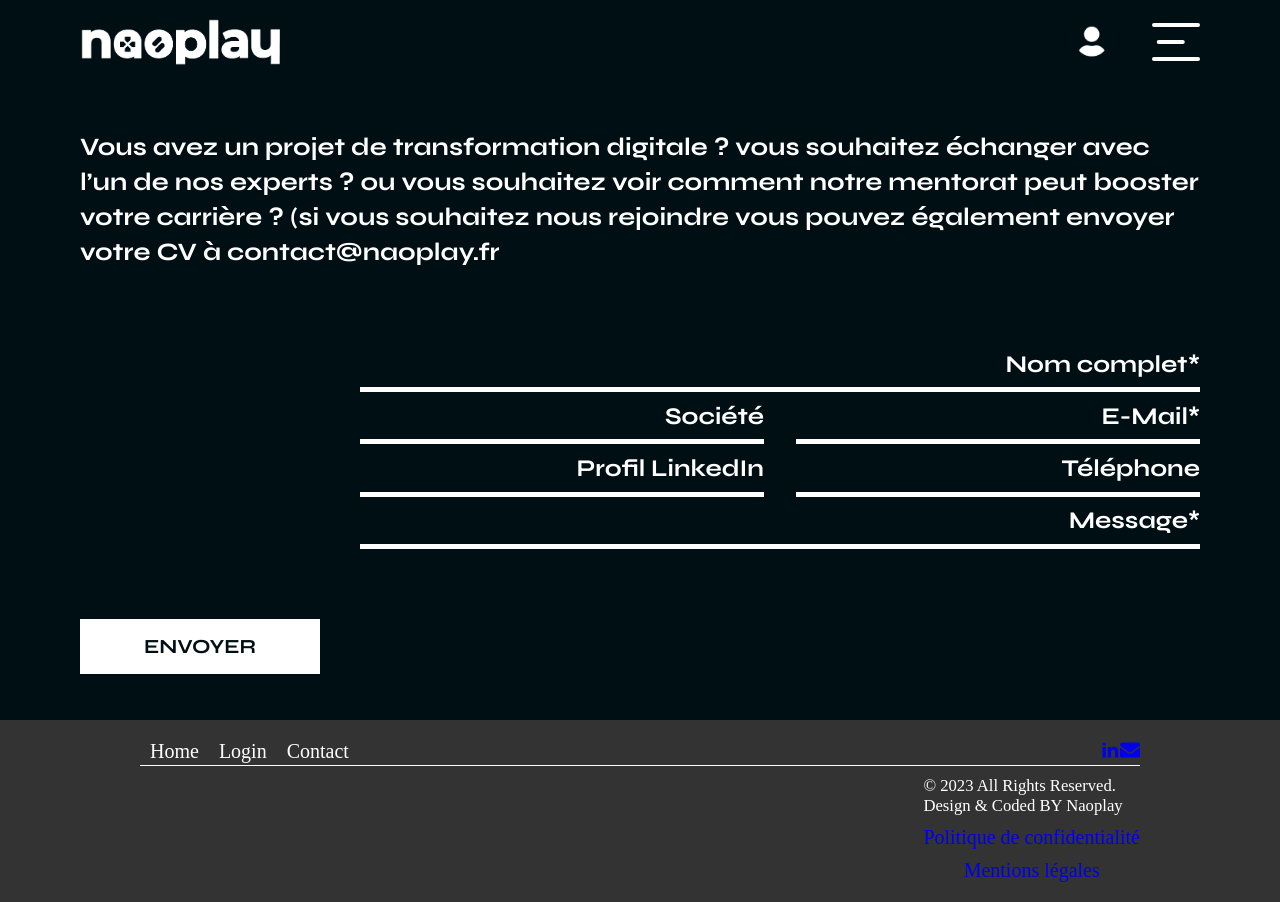
Repository: Hindsedrati/Naoplay
Page: /contact
The author's editor kept a copy of each file at every save. The page is drawn from the files as they stood at one save, then again after the next save.
The browser window is 1280 px wide. The pictures show the whole page.
The project was rebuilt for these pictures with package versions that can differ from the ones it lists, and the page was loaded fresh each time. Also part of the build but not shown: src/Pages/Login/index.jsx, src/Components/Const/index.jsx, src/Components/Partners/index.jsx, src/Components/Naoplay/index.jsx, src/Components/Api/index.jsx, src/Components/Digitalisation/index.jsx, src/Components/Gateway/index.jsx, src/Components/ApiManagement/index.jsx and 6 more.

Above is the page before, as saved 2023-05-09 12:16:23.

After the next save:
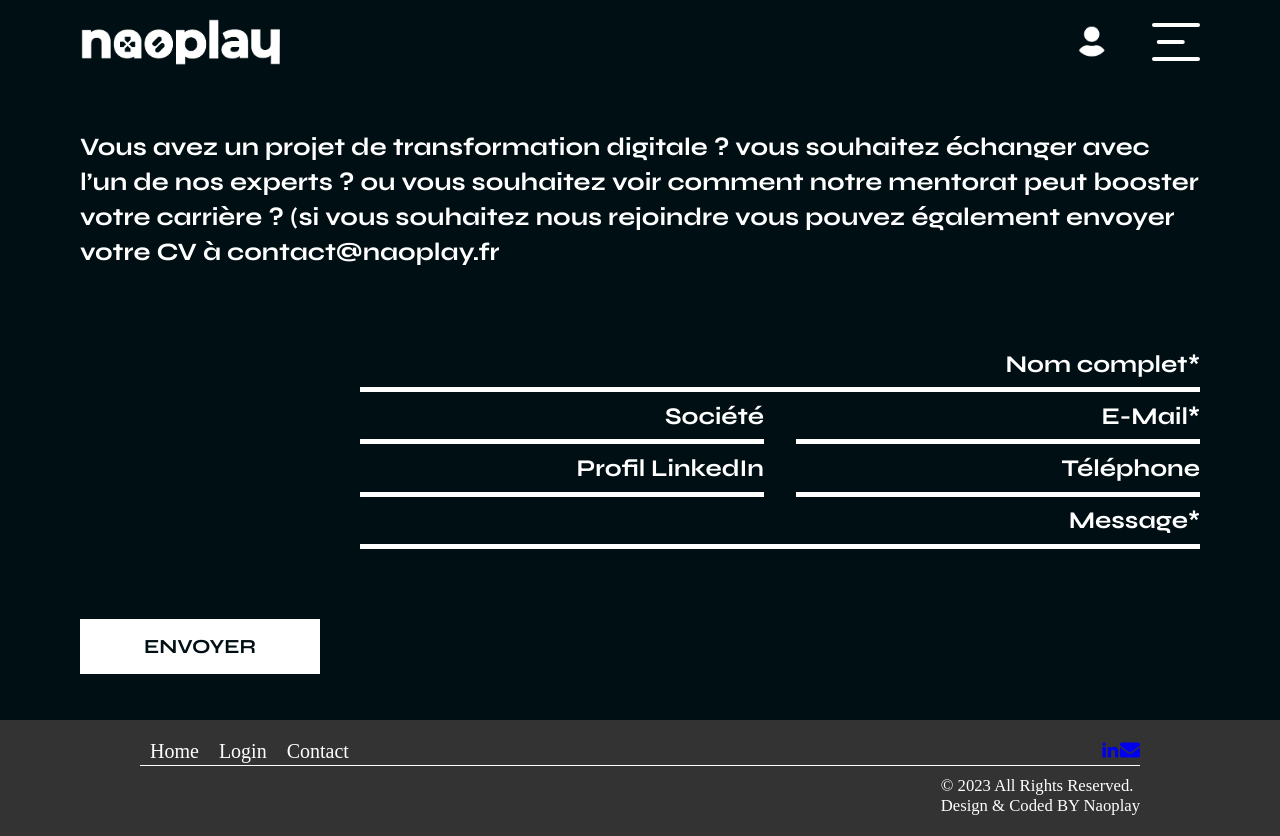
Saved 14 s later.
--- a/src/Layouts/Footer/Index.jsx
+++ b/src/Layouts/Footer/Index.jsx
@@ -34,10 +34,6 @@
         <small>&copy; 2023 All Rights Reserved. </small>
         <small>Design & Coded BY Naoplay </small>
 
-        <a className='footer-mentions' href='/'>Politique de confidentialité</a>
-        <a className='footer-mentions'href='/'>Mentions légales</a>
-
-
     </div>
     </div>
     </footer>
